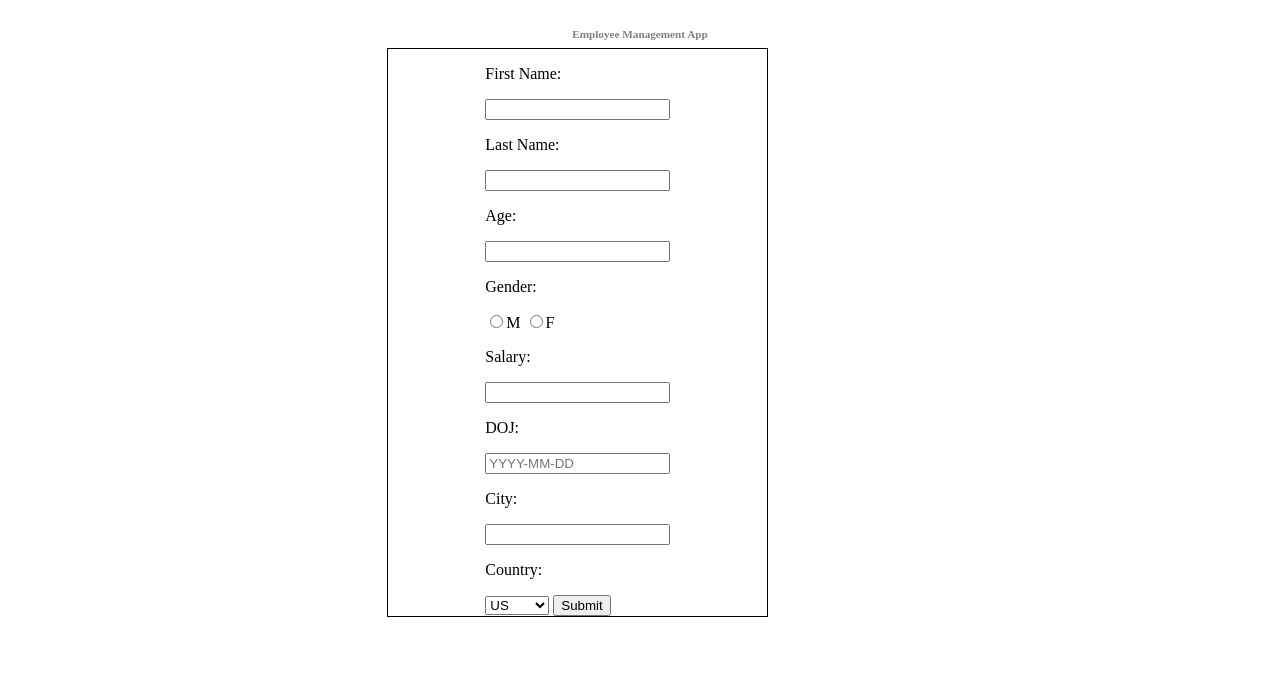
Repository: SaumyaGuptaTechnokrat/Employee_management
Page: http://localhost/Employee/index.jsp
The author's editor kept a copy of each file at every save. The page is drawn from the files as they stood at one save, then again after the next save.
The browser window is 1280 px wide. The pictures show the whole page.
The page is served by Tomcat 9. Other server files are loaded and not shown.

Above is the page before, as saved 2023-02-10 17:30:37.

### Employee/src/main/webapp/index.jsp
<%@ page language="java" contentType="text/html; charset=ISO-8859-1"
    pageEncoding="ISO-8859-1"%>
<!DOCTYPE html>
<html>
<head>
<meta charset="ISO-8859-1">
<title>Insert title here</title>

</head>
<body>
<h1 style="text-align:center;padding-top:20px;color:gray;font-size:70%;">Employee Management App</h1>
<div style="margin:0% 30%;width:30%;border:1px black solid;display:grid;justify-content:center">
<form action="addRecord.jsp" method="post" >

		<p>First Name:</p><input name="fName" type="text"><br>
		<p>Last Name:</p><input name="lName" type="text"><br>
		<p>Age:</p><input name="age" type="number"><br>
		<p>Gender:</p><input name="Gender" type="radio" value="Male">M
		<input type="radio" name="Gender" value="Female">F<br>
		<p>Salary:</p><input name="salary" type="text"><br>
		<p>DOJ:</p><input name="Doj" placeholder="YYYY-MM-DD" type="text"><br>
		<p>City:</p><input name="City" type="text"><br>
		<p>Country:</p><select name="Country">
		<option value="US">US<option/>
		<option value="US">INDIA<option/>
		<option value="US">UK<option/>
		<option value="US">JAPAN<option/>
		</select>
		<input type="button" value="Submit">
</form>
	</div>

</body>
</html>

After the next save:
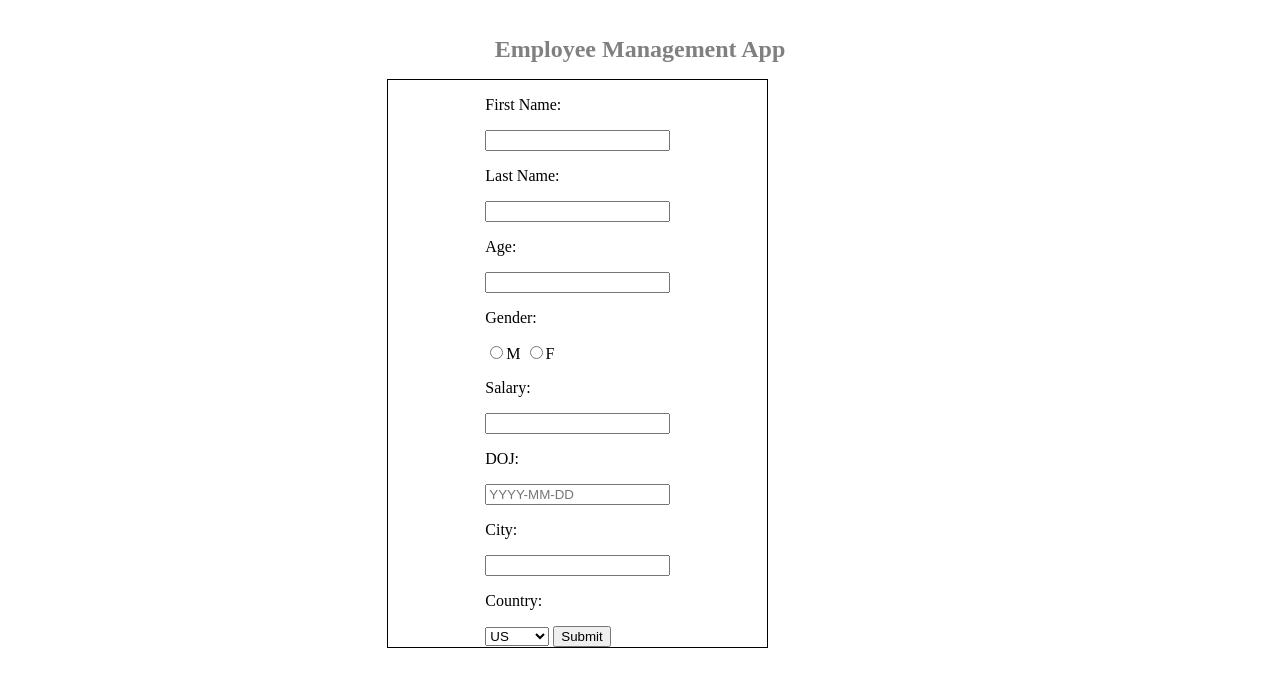
Saved 9 s later.
--- a/Employee/src/main/webapp/index.jsp
+++ b/Employee/src/main/webapp/index.jsp
@@ -8,7 +8,7 @@
 
 </head>
 <body>
-<h1 style="text-align:center;padding-top:20px;color:gray;font-size:70%;">Employee Management App</h1>
+<h1 style="text-align:center;padding-top:20px;color:gray;font-size:150%;">Employee Management App</h1>
 <div style="margin:0% 30%;width:30%;border:1px black solid;display:grid;justify-content:center">
 <form action="addRecord.jsp" method="post" >
 
